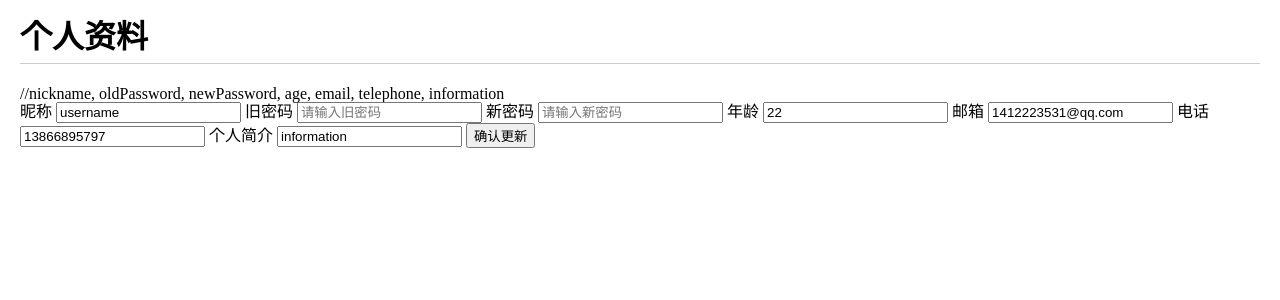
Repository: pine-chen/blog
Page: nodeJS-blog/html-test/information.html
These files come from the project's save history. The page is drawn as it stood at one moment and after the next save; the edit follows.
The browser window is 1280 px wide. The pictures show the whole page.

Above is the page before, as saved 2019-12-30 17:01:33.

### nodeJS-blog/html-test/information.html
<!DOCTYPE html>
<html>
<head>
    <meta charset="UTF-8">
    <meta name="viewport" content="width=device-width, initial-scale=1.0">
    <meta http-equiv="X-UA-Compatible" content="ie=edge">
    <title>个人资料</title>
    <style type="text/css">
        body {
            margin: 0 20px;
            line-height: 1;
        }
    </style>
</head>
<body>
    <h1 style="border-bottom: 1px solid #ccc; padding-bottom: 10px;">个人资料</h1>

    //nickname, oldPassword, newPassword, age, email, telephone, information
    <div>
        <label>
            昵称 <input type="text" id="textNickname" value="username"/>
        </label>
        <label>
            旧密码 <input type="password" id="textOldPassword" placeholder="请输入旧密码"/>
        </label>
        <label>
            新密码 <input type="password" id="textNewPassword" placeholder="请输入新密码"/>
        </label>
        <label>
            年龄 <input type="number" id="textAge" value="22" />
        </label>
        <label>
            邮箱 <input type="email" id="textEmail" value="1412223531@qq.com" />
        </label>
        <label>
            电话 <input type="tel" id="textTel" value="13866895797" />
        </label>
        <label>
            个人简介 <input type="text" id="textInformation" value="information"/>
        </label>
        <button id="btnUpdate">确认更新</button>
    </div>



    <script src="https://cdn.bootcss.com/jquery/3.3.1/jquery.js"></script>
    <script>
       //数取数据到value处
        // 发送 post 请求
        function post(url, data = {}) {
            return $.ajax({
                type: 'post',
                url,
                data: JSON.stringify(data),
                contentType: "application/json",
            })
        }

        $('#btnUpdate').click(() => {
            const nickname = $('#textNickname').val()
            const oldPassword = $('#textOldPassword').val()
            const newPassword = $('#textNewPassword').val()
            const age = $('#textAge').val()
            const email = $('#textEmail').val()
            const telephone = $('#textTel').val()
            const information = $('#textInformation').val()
            const url = '/api/user/info'
            const data = {
                nickname,
                oldPassword,
                newPassword,
                age,
                email,
                telephone,
                information
            }
            post(url, data).then(res => {
                if (res.errno === 1) {
                    //更新成功
                    location.href = './information.html'
                } else {
                    // 更新失败
                    alert(res.message)
                }
            })
        })
    </script>
</body>
</html>

After the next save:
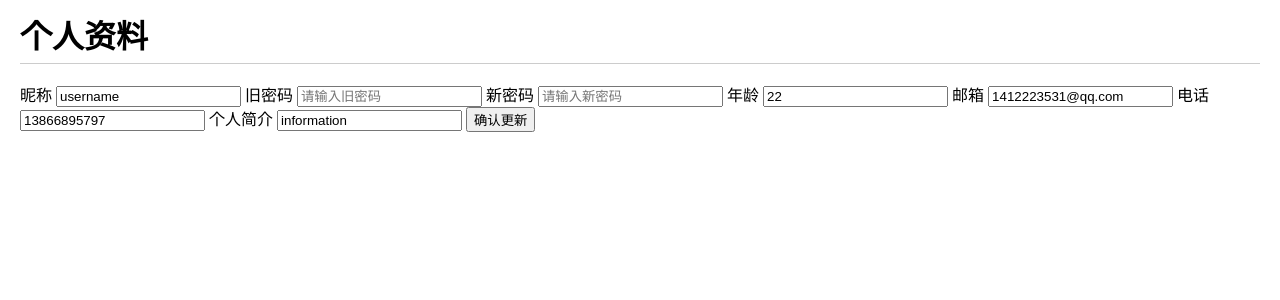
Saved 5 s later.
--- a/nodeJS-blog/html-test/information.html
+++ b/nodeJS-blog/html-test/information.html
@@ -15,7 +15,6 @@
 <body>
     <h1 style="border-bottom: 1px solid #ccc; padding-bottom: 10px;">个人资料</h1>
 
-    //nickname, oldPassword, newPassword, age, email, telephone, information
     <div>
         <label>
             昵称 <input type="text" id="textNickname" value="username"/>
